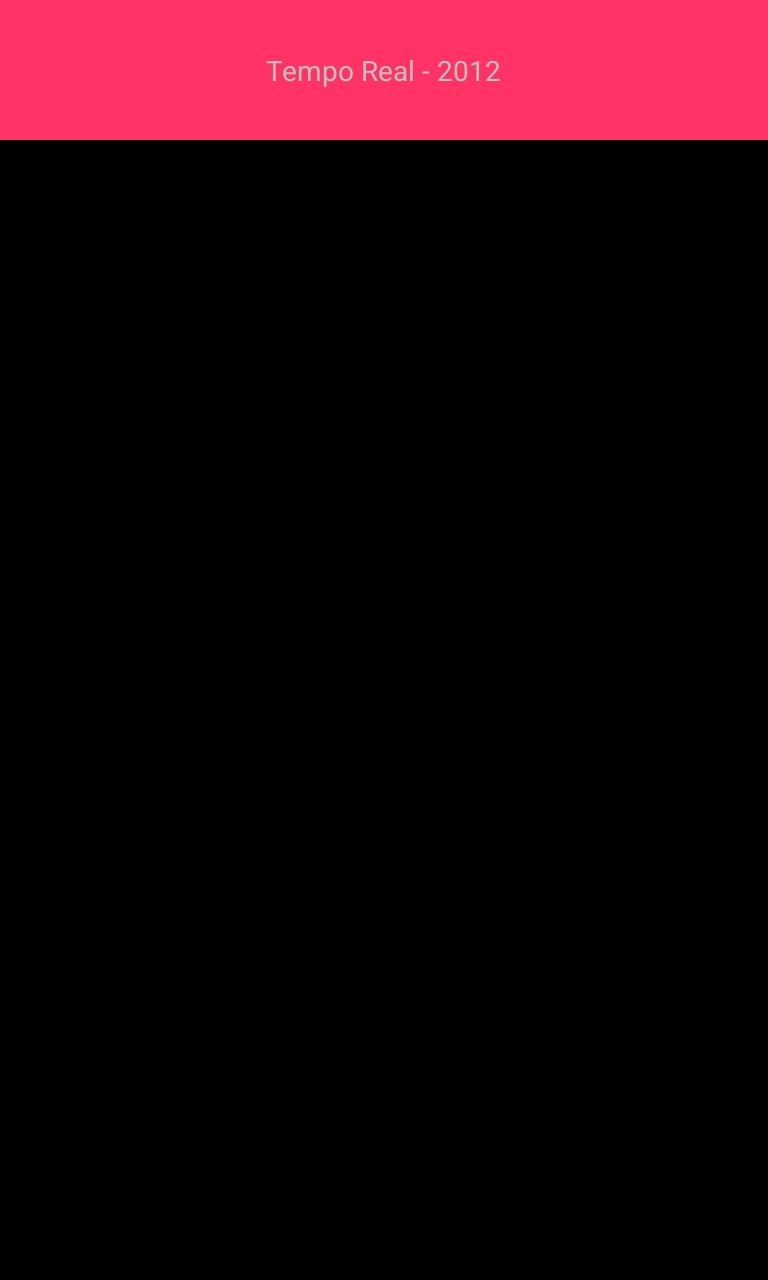
Repository: SuelenGC/Trainings
Layout: TempoRealEventos/HelloAndroid/res/layout/documento_item.xml
The author's editor kept a copy of each file at every save. The layout is drawn from the files as they stood at one save, then again after the next save.
It is drawn on a 768 x 1280 px phone screen (xhdpi) without system bars, with theme android:Theme; the app's code is not run.

Above is the layout before, as saved 2012-06-02 17:42:30.

### TempoRealEventos/HelloAndroid/res/layout/documento_item.xml
<?xml version="1.0" encoding="utf-8"?>
<LinearLayout xmlns:android="http://schemas.android.com/apk/res/android"
    android:layout_width="fill_parent"
    android:layout_height="fill_parent"
    android:orientation="vertical" >
	<LinearLayout
	    android:layout_width="fill_parent"
	    android:layout_height="70dp"
	    android:background="#ff3366"
	    android:gravity="center"
	    >

	    <TextView
	        android:layout_width="wrap_content"
	        android:layout_height="wrap_content"
	        android:text="Tempo Real - 2012"

	        />

	</LinearLayout>



</LinearLayout>

After the next save:
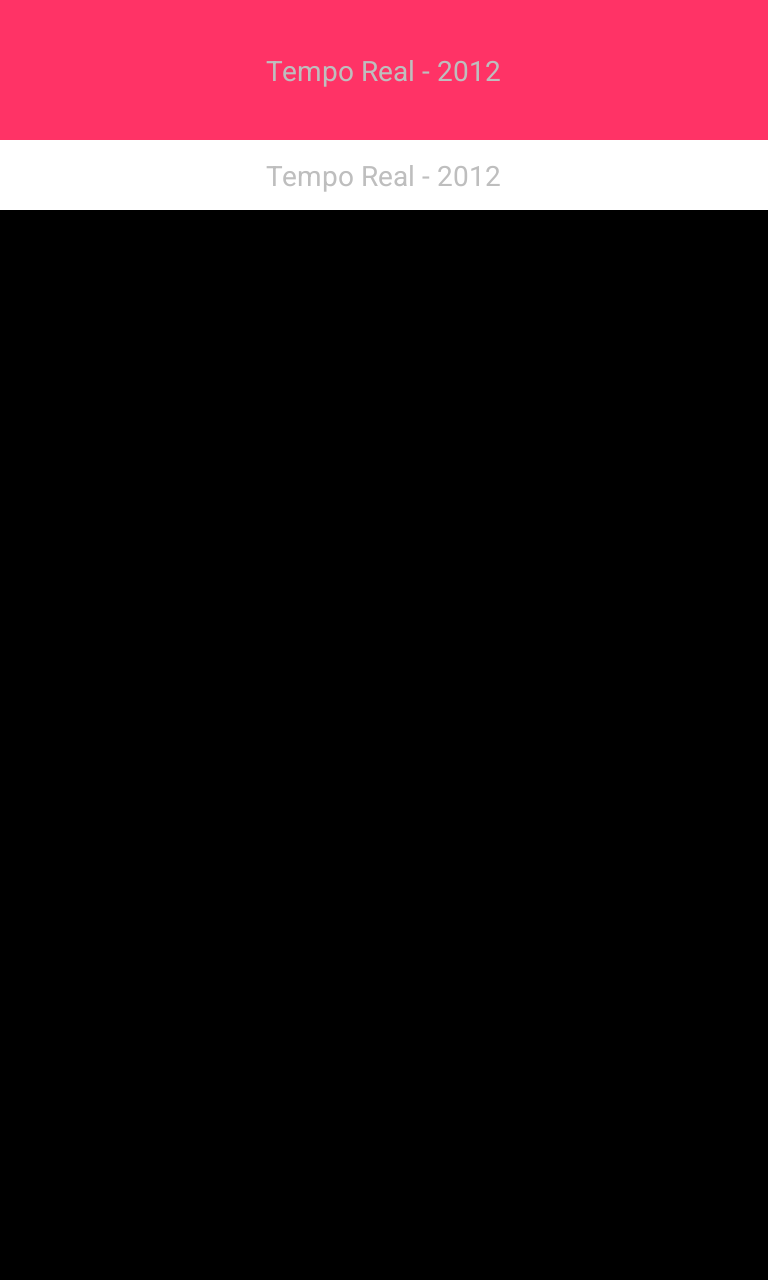
Saved 22 s later.
--- a/TempoRealEventos/HelloAndroid/res/layout/documento_item.xml
+++ b/TempoRealEventos/HelloAndroid/res/layout/documento_item.xml
@@ -19,6 +19,22 @@
 
 	</LinearLayout>
 
+	<LinearLayout
+	    android:layout_width="fill_parent"
+	    android:layout_height="35dp"
+	    android:background="#ffffff"
+	    android:gravity="center"
+	    >
+
+	    <TextView
+	        android:layout_width="wrap_content"
+	        android:layout_height="wrap_content"
+	        android:text="Tempo Real - 2012"
+
+	        />
+
+	</LinearLayout>
+
 
 
 </LinearLayout>
